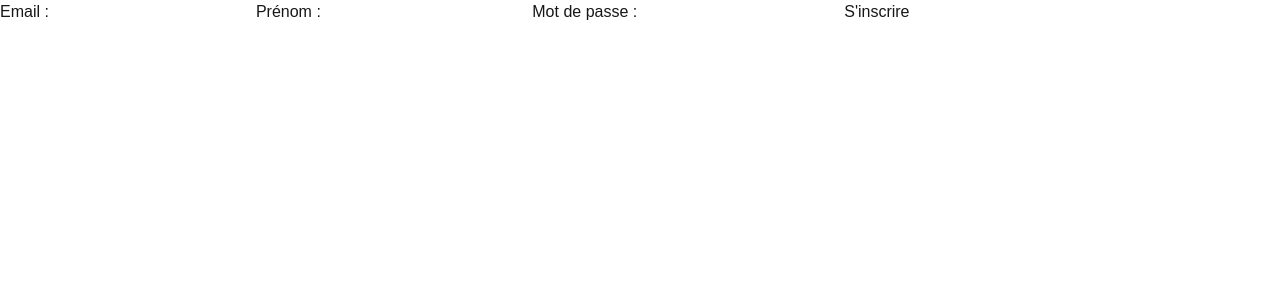
Repository: ricardo-plp/reservation-park
Page: /signup
An editor plug-in stored every save of this project. The page is shown before and after the next save, followed by the edit.
The browser window is 1280 px wide. The pictures show the whole page.
The project was rebuilt for these pictures with package versions that can differ from the ones it lists, and the page was loaded fresh each time. The framework's server and built-in components were replaced by stand-ins that run in the browser. Also part of the build but not shown: next.config.ts.

Above is the page before, as saved 2025-02-09 12:43:50.

After the next save:
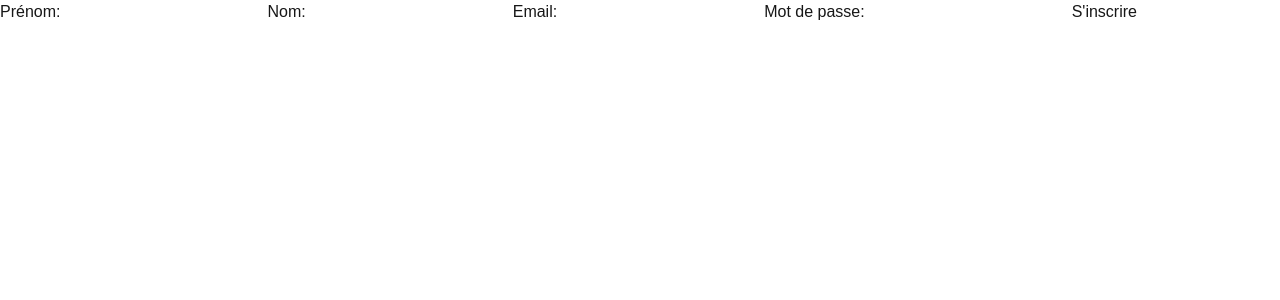
Saved 36 s later.
--- a/src/app/signup/page.tsx
+++ b/src/app/signup/page.tsx
@@ -1,68 +1,62 @@
-"use client";
-
+// src/app/signup/page.tsx
 import { useState } from "react";
 
-const SignUp = () => {
+const SignUpPage = () => {
+  const [prenom, setPrenom] = useState("");
+  const [nom, setNom] = useState("");
   const [email, setEmail] = useState("");
-  const [prenom, setPrenom] = useState(""); // Ajouter l'état pour le prénom
   const [motdepasse, setMotdepasse] = useState("");
 
-  const handleSignUp = async (event: React.FormEvent) => {
-    event.preventDefault();
-
+  const handleSubmit = async (e: React.FormEvent) => {
+    e.preventDefault();
     const response = await fetch("/api/auth/signup", {
       method: "POST",
       headers: { "Content-Type": "application/json" },
-      body: JSON.stringify({
-        email,
-        prenom, // Envoyer le prénom
-        motdepasse,
-      }),
+      body: JSON.stringify({ prenom, nom, email, motdepasse }),
     });
 
-    const data = await response.json();
     if (response.ok) {
-      console.log("Inscription réussie", data);
+      const data = await response.json();
+      alert("Utilisateur créé avec succès");
     } else {
-      console.error("Erreur :", data.error);
+      const error = await response.json();
+      alert(error.error || "Erreur lors de la création de l'utilisateur");
     }
   };
 
   return (
-    <form onSubmit={handleSignUp}>
-      <label>
-        Email :
-        <input
-          type="email"
-          value={email}
-          onChange={(e) => setEmail(e.target.value)}
-          required
-        />
-      </label>
-
-      <label>
-        Prénom : {/* Ajouter le champ prénom */}
-        <input
-          type="text"
-          value={prenom}
-          onChange={(e) => setPrenom(e.target.value)}
-          required
-        />
-      </label>
-
-      <label>
-        Mot de passe :
-        <input
-          type="password"
-          value={motdepasse}
-          onChange={(e) => setMotdepasse(e.target.value)}
-          required
-        />
-      </label>
-
+    <form onSubmit={handleSubmit}>
+      <label>Prénom:</label>
+      <input
+        type="text"
+        value={prenom}
+        onChange={(e) => setPrenom(e.target.value)}
+        required
+      />
+      <label>Nom:</label>
+      <input
+        type="text"
+        value={nom}
+        onChange={(e) => setNom(e.target.value)}
+        required
+      />
+      <label>Email:</label>
+      <input
+        type="email"
+        value={email}
+        onChange={(e) => setEmail(e.target.value)}
+        required
+      />
+      <label>Mot de passe:</label>
+      <input
+        type="password"
+        value={motdepasse}
+        onChange={(e) => setMotdepasse(e.target.value)}
+        required
+      />
       <button type="submit">S'inscrire</button>
     </form>
   );
 };
 
-export default SignUp;
+export default SignUpPage;
